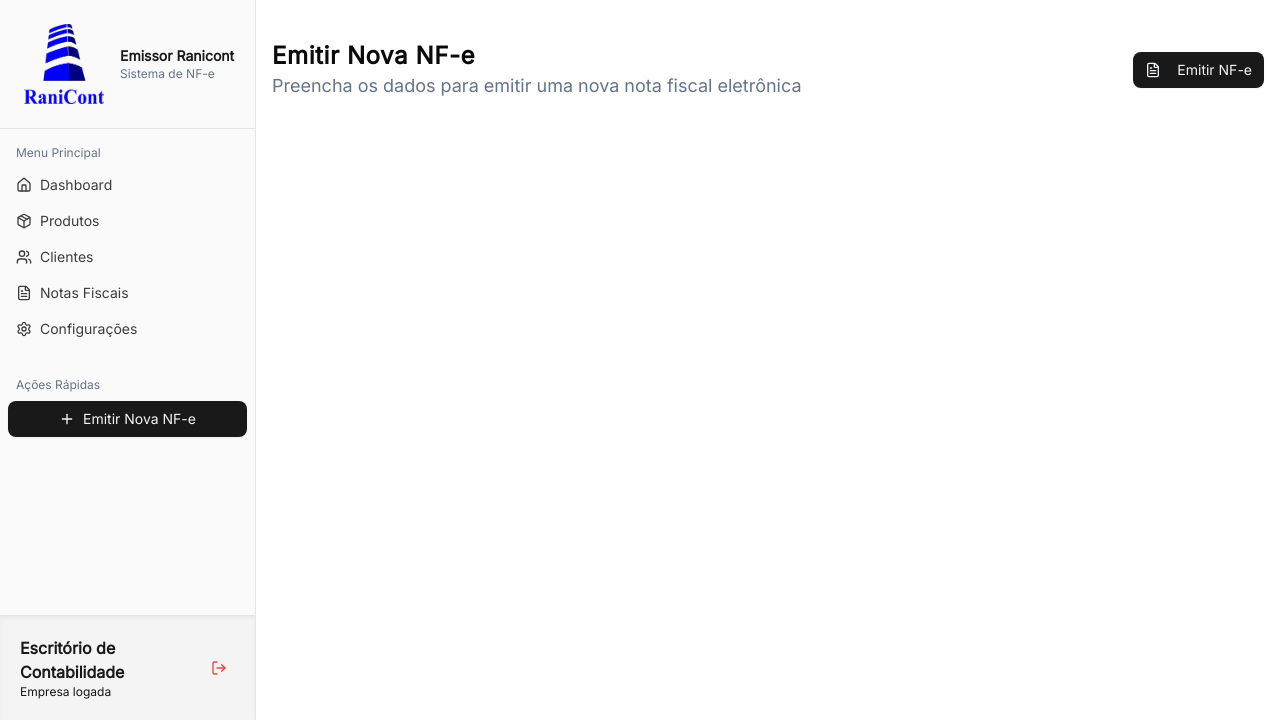
Repository: vinimx/emissor-ranicont
Page: /nova
These files come from the project's save history. The page is drawn as it stood at one moment and after a run of saves; the edit follows.
The browser window is 1280 px wide. The pictures show the whole page.
The project was rebuilt for these pictures with package versions that can differ from the ones it lists, and the page was loaded fresh each time. Also part of the build but not shown: vite.config.js, src/components/ui/card.jsx, src/components/ui/input.jsx, src/components/ui/label.jsx, src/components/Auth/Login/index.jsx, src/components/Auth/Cadastrar/index.jsx, src/components/ui/separator.jsx, src/components/ui/sheet.jsx and 8 more.

Above is the page before, as saved 2025-06-23 22:24:18.

After the next 2 saves:
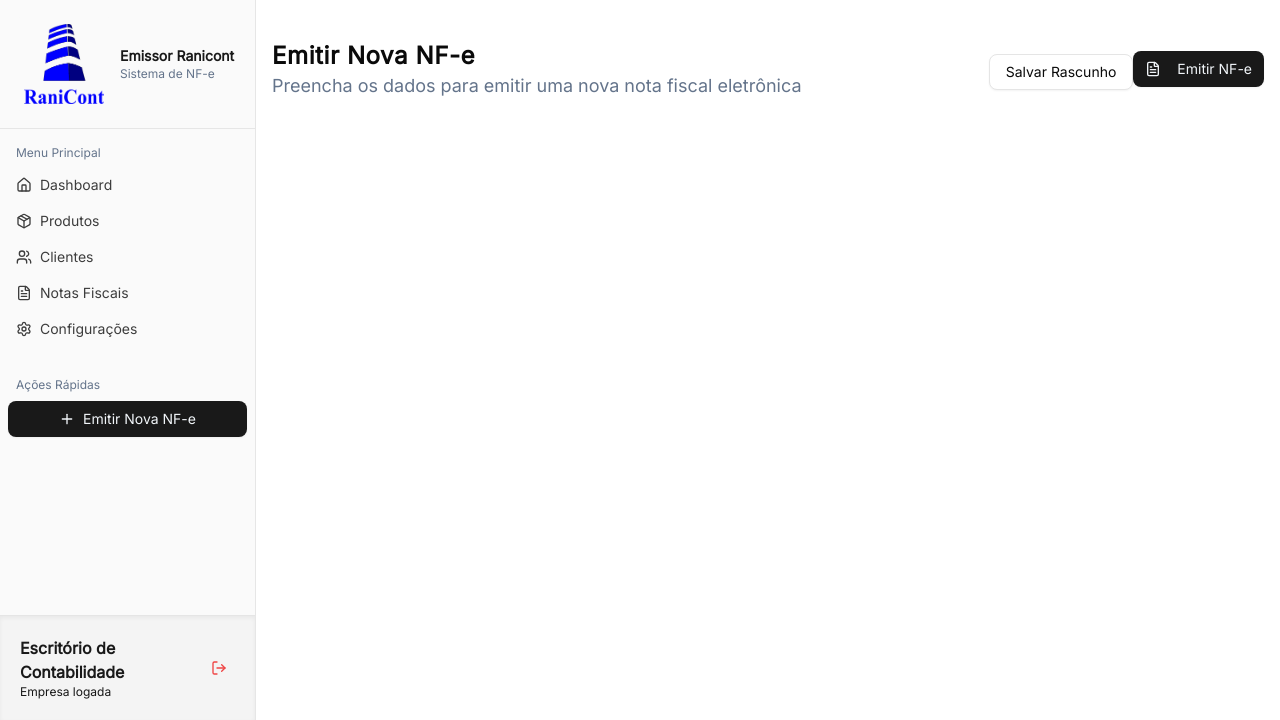
The 2 saves are shown as one change because 1 did not build or start.
The last was saved 34 s later.
--- a/src/components/NotaFiscal/NovaNotaFiscal/index.jsx
+++ b/src/components/NotaFiscal/NovaNotaFiscal/index.jsx
@@ -14,15 +14,19 @@ export default function NovaNotaFiscal() {
             titulo="Emitir Nova NF-e"
             subtitulo="Preencha os dados para emitir uma nova nota fiscal eletrônica"
             acao={
-              <Button
-                asChild
-                className="bg-[var(--sidebar-primaria)] text-[var(--primaria-texto)] font-medium transition-colors hover:bg-[var(--primaria-hover)] rounded-[var(--raio)]"
-              >
-                <Link to="/nova">
-                  <FileText className="h-4 w-4 mr-2" />
-                  Emitir NF-e
-                </Link>
-              </Button>
+              <>
+                <Button variant="outline">Salvar Rascunho</Button>
+
+                <Button
+                  asChild
+                  className="bg-[var(--sidebar-primaria)] text-[var(--primaria-texto)] font-medium transition-colors hover:bg-[var(--primaria-hover)] rounded-[var(--raio)]"
+                >
+                  <Link to="/nova">
+                    <FileText className="h-4 w-4 mr-2" />
+                    Emitir NF-e
+                  </Link>
+                </Button>
+              </>
             }
           />
         </div>
